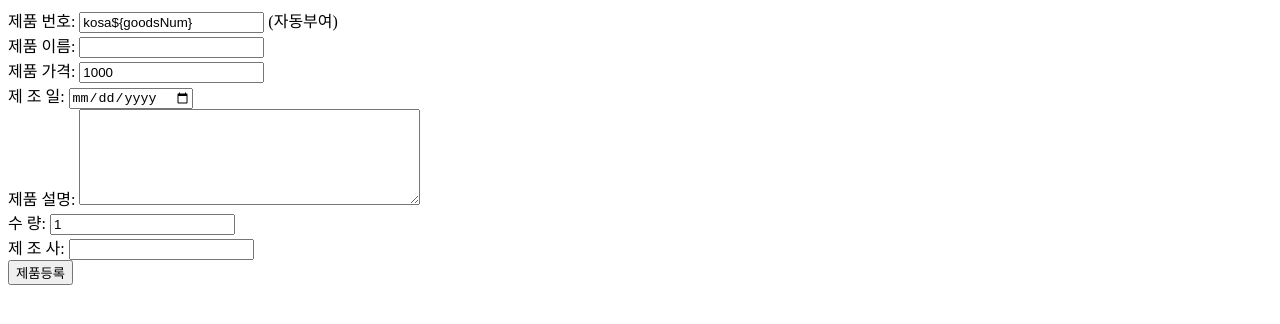
Repository: doram2/dodam
Page: http://localhost/thymeleaf/goods/goodsForm
The author's editor kept a copy of each file at every save. The page is drawn from the files as they stood at one save, then again after the next save.
The browser window is 1280 px wide. The pictures show the whole page.
The page is this project's Thymeleaf template; nobody is signed in. The template is opened directly, without the code that normally fills it, so the values that code supplies are empty.

Above is the page before, as saved 2022-01-20 06:02:07.

### springBootTest2/src/main/resources/templates/thymeleaf/goods/goodsForm.html
<!DOCTYPE html>
<html>
<head>
<meta charset="UTF-8">
<title>Insert title here</title>
</head>
<body>
	제품 번호: <input type="text" name="goodsNum" readonly = "readonly" value="kosa${goodsNum}"/> (자동부여) <br/>
	제품 이름: <input type="text" name="goodsName"/><br/>
	제품 가격: <input type="number" name="goodsPrice" min=1000 value="1000"/><br/>
	제 조 일: <input type="date" name="goodsDate"/><br/>
	제품 설명: <textarea rows="6" cols="40" name="goodsContent"></textarea><br/>
	수	량: <input type="number" min=1 value="1" name="goodsQty"><br/>
	제 조 사: <input type="text" name="goodsCompany"/><br/>
	<input type="submit" value="제품등록"/>
</body>
</html>

After the next save:
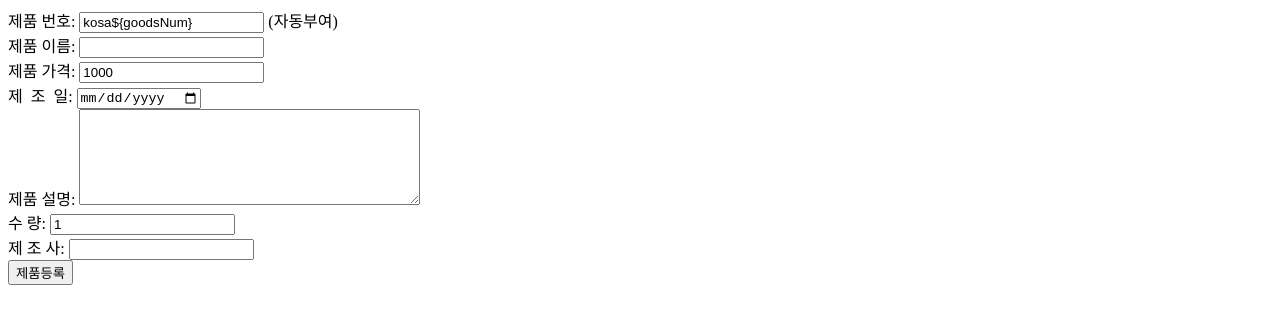
Saved 33 s later.
--- a/springBootTest2/src/main/resources/templates/thymeleaf/goods/goodsForm.html
+++ b/springBootTest2/src/main/resources/templates/thymeleaf/goods/goodsForm.html
@@ -8,7 +8,7 @@
 	제품 번호: <input type="text" name="goodsNum" readonly = "readonly" value="kosa${goodsNum}"/> (자동부여) <br/>
 	제품 이름: <input type="text" name="goodsName"/><br/>
 	제품 가격: <input type="number" name="goodsPrice" min=1000 value="1000"/><br/>
-	제 조 일: <input type="date" name="goodsDate"/><br/>
+	제&nbsp;&nbsp;조&nbsp;&nbsp;일: <input type="date" name="goodsDate"/><br/>
 	제품 설명: <textarea rows="6" cols="40" name="goodsContent"></textarea><br/>
 	수	량: <input type="number" min=1 value="1" name="goodsQty"><br/>
 	제 조 사: <input type="text" name="goodsCompany"/><br/>
